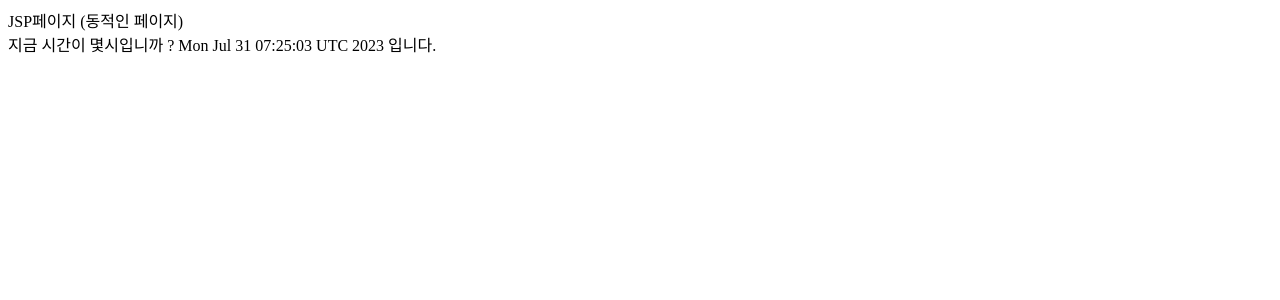
Repository: ainokks071/ServletJSP
Page: http://localhost/WEB/time.jsp
These files come from the project's save history. The page is drawn as it stood at one moment and after the next save; the edit follows.
The browser window is 1280 px wide. The pictures show the whole page.
The page is served by Tomcat 9. Other server files are loaded and not shown.

Above is the page before, as saved 2023-07-31 08:17:43.

### WEB/webapp/time.jsp
<!-- JSP(Java Server Page) = Java코드영역(프로그래밍) + HTML영역(View) -->

<%-- <%@ 지시자 %> --%>
<%@ page language="java" contentType="text/html; charset=UTF-8"
    pageEncoding="UTF-8"%>
<%@ page import="java.util.Date" %>

<%-- <% 스크립틀릿 %> --%>
<% Date d = new Date(); %>


<!DOCTYPE html>
<html>
<head>
<meta charset="UTF-8">
<title>Insert title here</title>
</head>


<body>
JSP페이지 (동적인 페이지)<br>

지금 시간이 몇시입니까 ?
<%-- <%= 출력식 %> --%>
<%= d.toString() %> 입니다.

</body>
</html>

After the next save:
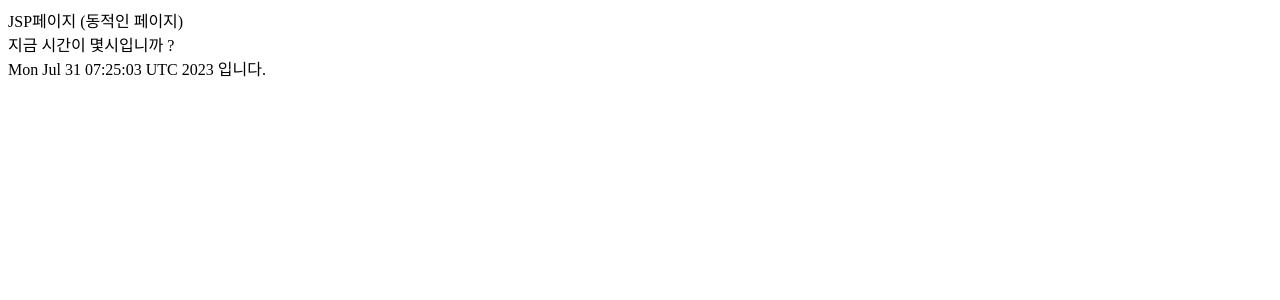
Saved 11 s later.
--- a/WEB/webapp/time.jsp
+++ b/WEB/webapp/time.jsp
@@ -20,7 +20,7 @@
 <body>
 JSP페이지 (동적인 페이지)<br>
 
-지금 시간이 몇시입니까 ?
+지금 시간이 몇시입니까 ? <br>
 <%-- <%= 출력식 %> --%>
 <%= d.toString() %> 입니다.
 
